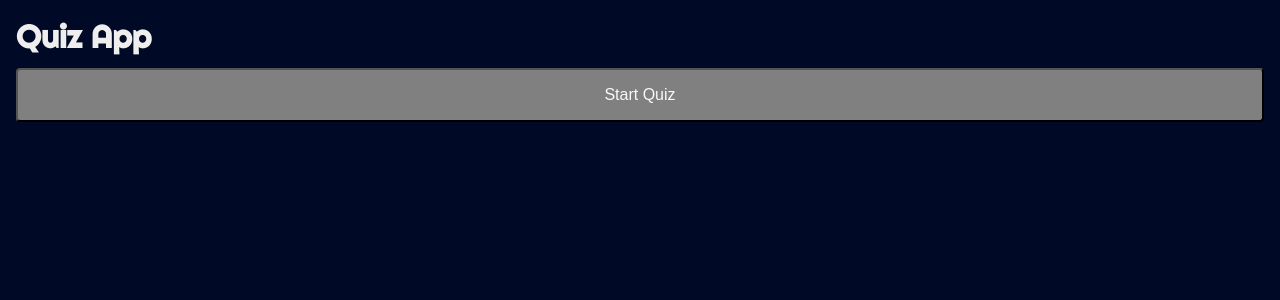
Repository: alemunden/Trash-Scavengers
Page: /QuizBegin
The author's editor kept a copy of each file at every save. The page is drawn from the files as they stood at one save, then again after the next save.
The browser window is 1280 px wide. The pictures show the whole page.
The project was rebuilt for these pictures with package versions that can differ from the ones it lists, and the page was loaded fresh each time. The framework's server and built-in components were replaced by stand-ins that run in the browser. Also part of the build but not shown: next.config.mjs.

Above is the page before, as saved 2024-04-07 19:03:43.

### pages/QuizBegin.js
import styles from "@/styles/QuizBegin.module.css";
import Link from 'next/link'

export default function QuizBegin() {
  return (
      <main>
        <link rel="preconnect" href="https://fonts.googleapis.com"/>
        <link rel="preconnect" href="https://fonts.gstatic.com" crossorigin/>
        <link href="https://fonts.googleapis.com/css2?family=Righteous&display=swap" rel="stylesheet"/>
        <div>
            <h1 className={styles.quizHeader}>Quiz App</h1>
            <Link href='/quiz'>
                <button>Start Quiz</button>
            </Link>
        </div>
      </main>
  );
}

### styles/globals.css
:root {
  --white: #eee;
  --black: #000925;
}

* {
    box-sizing: border-box;
    padding: 0;
    margin: 0;
}

html, body {
    overflow-x: hidden;
    background-color: #000925;
}

main {
    padding: 1rem;
}

h1, h2 {
    color: #eee;
}

h3 {
    padding-bottom: 2rem;
    color: #000105;
    font-size: 1.8rem;
}

button {
    padding: 16px 8px;
    width: 100%;
    margin-top: 12px;
    font-size: 1rem;
    border-radius: 4px;
    cursor: pointer;
    background-color: #808080;
    color: #f8f8f8;
}

.btn-disabled {
    background-color: lightgray;
}

li {
    list-style-type: none;
    cursor: pointer;
    margin: 9px 0;
    padding: 16px 8px;
    color: #000105;
    border: 1px solid lightgray;
}

.liHover:hover {
    background-color: #d8d8d8;
    columns: #fff;
}

.liSelected {
    color: #fff;
    background-color: #000925;
}

.container {
    max-width: 740px;
    width: 100%;
    margin: auto;
    padding: 1rem;
}

.quizContainer {
    background-color: #f8f8f8;
    padding: 1rem;
    margin-top: 2rem;
    border-radius: 4px;
}

.container p {
    padding: 8px 0;
}

### styles/QuizBegin.module.css
.quizHeader {
    font-family: "Righteous", sans-serif;
}

Loaded but not shown: pages/_app.js (common file); pages/_document.js (common file); pages/api/hello.js (common file)

After the next save:
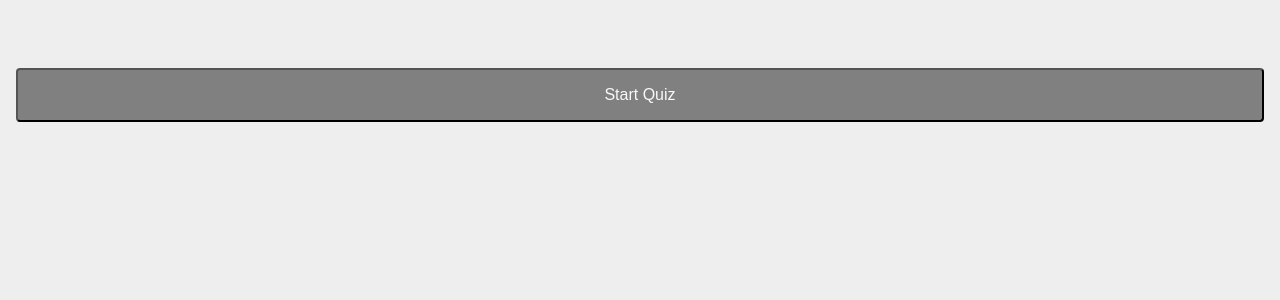
Saved 90 s later.
--- a/styles/globals.css
+++ b/styles/globals.css
@@ -11,7 +11,7 @@
 
 html, body {
     overflow-x: hidden;
-    background-color: #000925;
+    background-color: var(--white);
 }
 
 main {
